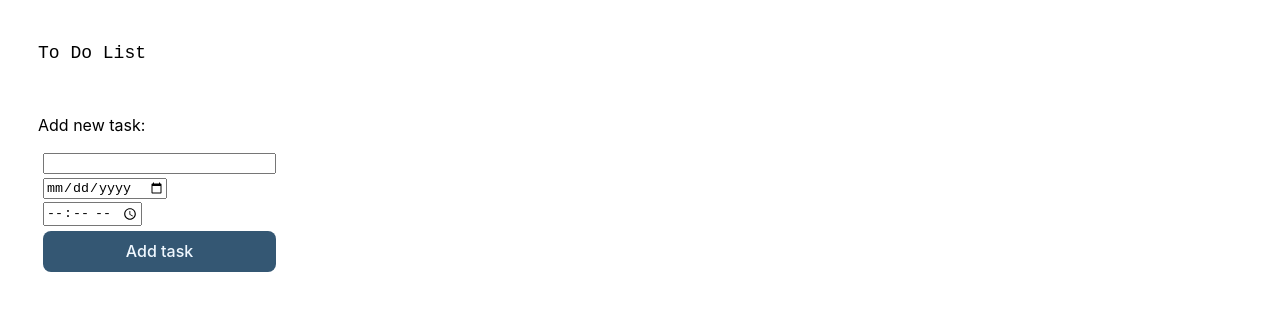
Repository: aknurkappar/nfactorial-web-advanced-todolist-homework
Page: / (app in front/toDoFront/)
These files come from the project's save history. The page is drawn as it stood at one moment and after a run of saves; the edit follows.
The browser window is 1280 px wide. The pictures show the whole page.
The page's requests for data from a server got no answer. The project was rebuilt for these pictures with package versions that can differ from the ones it lists, and the page was loaded fresh each time. No one was signed in, and anything a server would have sent is missing. Also part of the build but not shown: front/toDoFront/vite.config.ts.

Above is the page before, as saved 2023-05-09 16:42:50.

### front/toDoFront/src/App.tsx
import './App.css'
import { Routes, Route,} from "react-router-dom";
import TaskListComponent from './components/TaskListComponent';

function App() {

  return (
    <>
      <Routes>
        <Route path="/" element={<TaskListComponent />}/>
        <Route path="/task" element={<TaskListComponent />}/>
        <Route/>
      </Routes>
    </>
  )
}

export default App

### front/toDoFront/src/index.css
:root {
  font-family: Inter, system-ui, Avenir, Helvetica, Arial, sans-serif;
  line-height: 1.5;
  font-weight: 400;
}

a {
  font-weight: 500;
  color: #646cff;
  text-decoration: inherit;
}
a:hover {
  color: #535bf2;
}

body {
  margin-top: 40px;
}

h1 {
  font-size: 3.2em;
  line-height: 1.1;
}

button {
  border-radius: 8px;
  border: 1px solid transparent;
  padding: 0.6em 1.2em;
  font-size: 1em;
  font-weight: 500;
  font-family: inherit;
  background-color: #1a1a1a;
  cursor: pointer;
  transition: border-color 0.25s;
}
button:hover {
  border-color: #646cff;
}
button:focus,
button:focus-visible {
  outline: 4px auto -webkit-focus-ring-color;
}

### front/toDoFront/src/components/TaskListComponent/index.tsx
import './index.css'
import { BASE_URL } from '../../constants'
import { useEffect, useState } from 'react';
import AddTaskComponent from '../AddTaskComponent';

function TaskListComponent() {
    const [taskList, setTaskList] = useState([] as Task[]);
    const [currentTask, setCurrentTask] = useState({});

    const getAllTasks = async()=>{
        let result = await fetch(
            `${BASE_URL}task`, {
                method: "get",
            })
        const data = await result.json() as Task[]
        setTaskList(data)
    }

    const getTaskById = async(id : String)=>{
        let result = await fetch(
            `${BASE_URL}task/${id}`, {
                method: "get",
            })
        const data = await result.json() as Task
        console.log(data)
        await setCurrentTask({
            "_id" : data._id,
            "title" : data.title,
            createDate : data.createDate,
            deadline : data.deadline,
            isDone : data.isDone,
        })
        console.log(currentTask)
    }

    const markTask = async(id : String, isDone : Boolean)=>{
        const isDoneState = !isDone
        await fetch(
            `${BASE_URL}task/${id}/`, {
                method: "put",
                headers: {'Content-Type': 'application/json'},
                body: JSON.stringify({"isDone" : isDoneState})
            })
            console.log(isDoneState)
    }

    const deleteTask = async(id : String)=>{
        await fetch(
            `${BASE_URL}task/${id}/`, {
                method: "delete",
                headers: {'Content-Type': 'application/json'},
            })
    }

    useEffect(() => {
        getAllTasks()
    })

  return (
    <div className='main'>
        <p className='header'>To Do List</p>
    {
        taskList && taskList.map((task, index) => (
            <div key = {index}>
                <div className="to-do-item" key={index}>
                <button onClick={()=>{}}
                className="more-button"></button>
                <input type="checkbox" onChange={()=>{markTask(task._id, task.isDone) }} checked={task.isDone}/>
                <div className='to-do-item-text'>
                    <p className={`${task.isDone ? "done" : "todo-text"}`}>{task.title}</p>
                    <p>| deadleine: {task.deadline}</p>
                </div>
                <button onClick={()=>{deleteTask(task._id)}} className='delete-button'>Delete</button>
                </div>
            </div>
        ))
    }
        <AddTaskComponent/>
    </div>
  )
}

export default TaskListComponent

### front/toDoFront/src/components/TaskListComponent/index.css
.buttons{
    display: flex;
    justify-content: space-between;
    align-items: center;
}
.menu-buttons{
    display: flex;
    flex-direction: row;
    align-items: center;
    height: 100px;
}
.menu-buttons button{
    height: 40px;
    width: 80px;
    margin-right: 20px;

    border-radius: 30px;
    border: none;
}
.modal-button{
    width: 500px;
    height: 50px;
    display: flex;
    justify-content: end;
}
.header-text{
    font-size: 25px;
    font-weight: 400;
}
.line{
    width: 100%;
    height: 2px;
    background-color: rgb(216, 216, 216);
    margin: 30px 0px;
}
.to-do-item{
    display: flex;
    flex-direction: row;
    align-items: center;
}
.to-do-item img, input{
    margin: 0px 5px;
}
.to-do-item img {
    height: 11px;
}
.to-do-item .todo-text{
    margin-left: 5px;
    text-decoration: none;
}
.to-do-item .done{
    margin-left: 5px;
    text-decoration: line-through;
    color: #b3b3b3;
}
.add-button{
    height: 50px;
    width: 50px;
    border-radius: 50px;
    border: none;
    background-color: #081e34;
    color: #fff;
    font-weight: 600;
    font-size: 40px;
    margin: 25px 20px;
}

.to-do-item .more-button{
    background-image: url(./assets/vector.png);
    background-repeat: no-repeat;
    background-size: 3px 13px;
    background-position: center;
    border: none;
    background-color: #fff;
    height: 20px;
    width: 5px;
}

.not-active{
    background-color:#F0F0F0;
}
.active{
    background-color:rgba(8, 30, 52, 0.42);
}
.trash-modal-in-trash, .trash-modal{
    background-color: rgb(216, 216, 216);
    border-radius: 5px;
    padding: 5px;
    display: flex;
    flex-direction: column;
    align-items: start;
}

.trash-modal-in-trash{
    height: 55px;
    width: 200px;
    justify-content: space-evenly;
    position: relative;
    top: 3em;
    left: -5em;
}
.trash-modal{
    height: 30px;
    width: 150px;
    justify-content: center;
    position: relative;
    top: 2em;
    left: -5em;
}
.trash-modal-in-trash .delete-forever, .trash-modal-in-trash .move-back, .trash-modal button{
    margin-left: 10px;
    width: 140px;
    border: none;
    background-color: rgb(216, 216, 216);
    color: #000;
    font-size: 12px;
    background-repeat: no-repeat;
    background-size: 10px 15px;
    padding-left: 17px;
    text-align: start;
}

.trash-modal-in-trash .delete-forever, .trash-modal button{
    background-image: url(./assets/trash.png);
}

.trash-modal-in-trash .move-back{
    background-image: url(./assets/moveBack.png);
}

.header{
    font-family: 'Courier New', Courier, monospace;
    font-size: large;
}

.main{
    margin-left: 30px;
}


.to-do-item-text{
    display: flex;
}

.to-do-item-text p{
    margin-right: 5px;
}

.delete-button{
    background: #081e34;
    color: #F0F0F0;
    font-size: 10px;
}

### front/toDoFront/src/constants/index.tsx
export const BASE_URL = "http://localhost:4200/"

### front/toDoFront/src/components/AddTaskComponent/index.tsx
import { useState } from 'react'
import { BASE_URL } from '../../constants'
import './index.css'

function AddTaskComponent() {

  const [newTask, setNewTask] = useState({} as Task)
  const [title, setTitte] =  useState("")
  const [deadlineDate, setDeadlineDate] =  useState("")
  const [deadlineTime, setDeadlineTime] =  useState("")

  const addTask = async(task : Task)=>{
    await fetch(
        `${BASE_URL}task/`, {
            method: "post",
            headers: {'Content-Type': 'application/json'},
            body: JSON.stringify(
              {"title" : task.title,
              "dedline" : task.deadline
            })
        })
        console.log(newTask)
        setNewTask({} as Task)
}

  return (
    <form className='add-task-form'>
      <p>Add new task:</p>
      <input type='text' value={title}/>
      <div>
        <input type='date' value={deadlineDate}/>
        <input type='time' value={deadlineTime}/>
      </div>
      <button type='submit' onSubmit={()=>addTask({title : title, deadline : deadlineDate + deadlineTime} as Task)}>Add task</button>
    </form>
  )
}

export default AddTaskComponent

### front/toDoFront/src/components/AddTaskComponent/index.css
.add-task-form{
    margin-top: 30px;
    width: 243px;
    display: flex;
    flex-direction: column;
}

.add-task-form button{
    margin: 5px;
    background: #345773;
    color: aliceblue;
}

Loaded but not shown: front/toDoFront/index.html (common file); front/toDoFront/src/main.tsx (common file); front/toDoFront/src/App.css (no stored copy; drawn as an empty file)

After the next 8 saves:
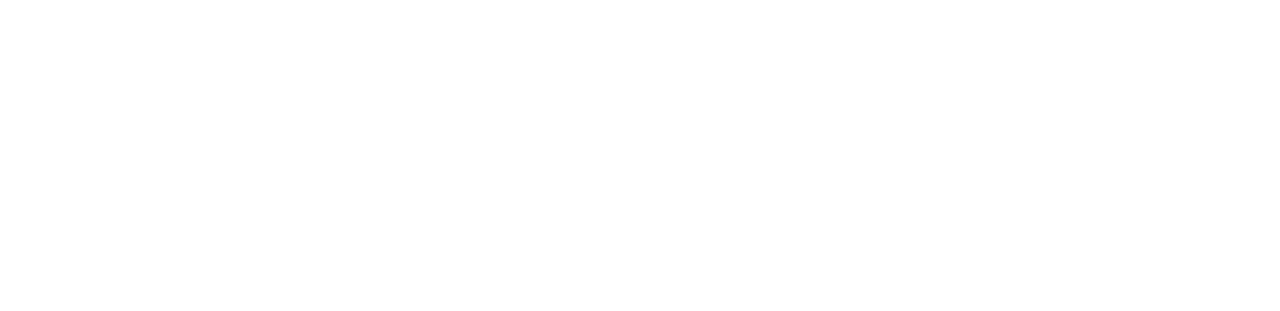
Console error: ReferenceError: value is not defined
The 8 saves are shown as one change because 1 did not build or start and some came seconds apart.
The last was saved 41 s later.
--- a/front/toDoFront/src/components/AddTaskComponent/index.tsx
+++ b/front/toDoFront/src/components/AddTaskComponent/index.tsx
@@ -26,7 +26,7 @@
   return (
     <form className='add-task-form'>
       <p>Add new task:</p>
-      <input type='text' value={title}/>
+      <input type='text' value={title} onChange={setTitte(value)}/>
       <div>
         <input type='date' value={deadlineDate}/>
         <input type='time' value={deadlineTime}/>

After the 3 saves that followed:
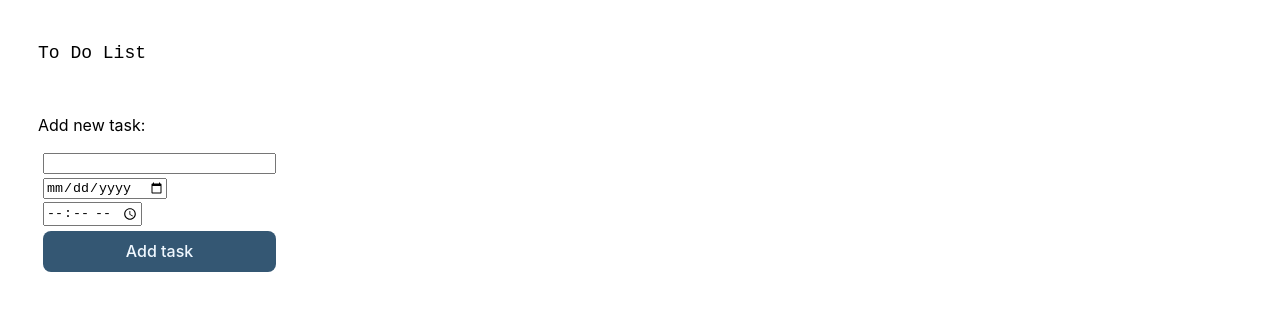
The error is gone.
The 3 saves are shown as one change because 1 left the picture as it was and some came seconds apart.
The last was saved 17 s later.
--- a/front/toDoFront/src/components/AddTaskComponent/index.tsx
+++ b/front/toDoFront/src/components/AddTaskComponent/index.tsx
@@ -26,7 +26,7 @@
   return (
     <form className='add-task-form'>
       <p>Add new task:</p>
-      <input type='text' value={title} onChange={setTitte(value)}/>
+      <input type='text' value={title} onChange={()=> setTitte(title)}/>
       <div>
         <input type='date' value={deadlineDate}/>
         <input type='time' value={deadlineTime}/>
